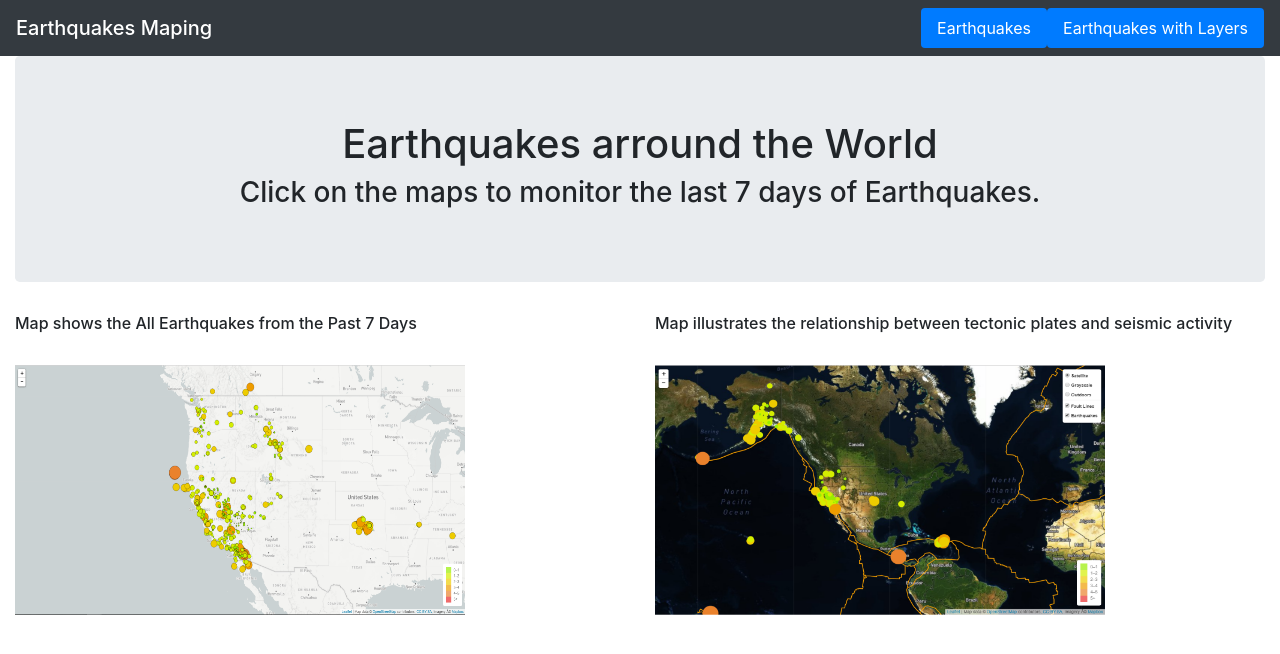
Repository: ermiasgelaye/leaflet-challenge
Page: index.html
The author's editor kept a copy of each file at every save. The page is drawn from the files as they stood at one save, then again after a run of saves.
The browser window is 1280 px wide. The pictures show the whole page.

Above is the page before, as saved 2020-09-18 22:01:04.

After the next 4 saves:
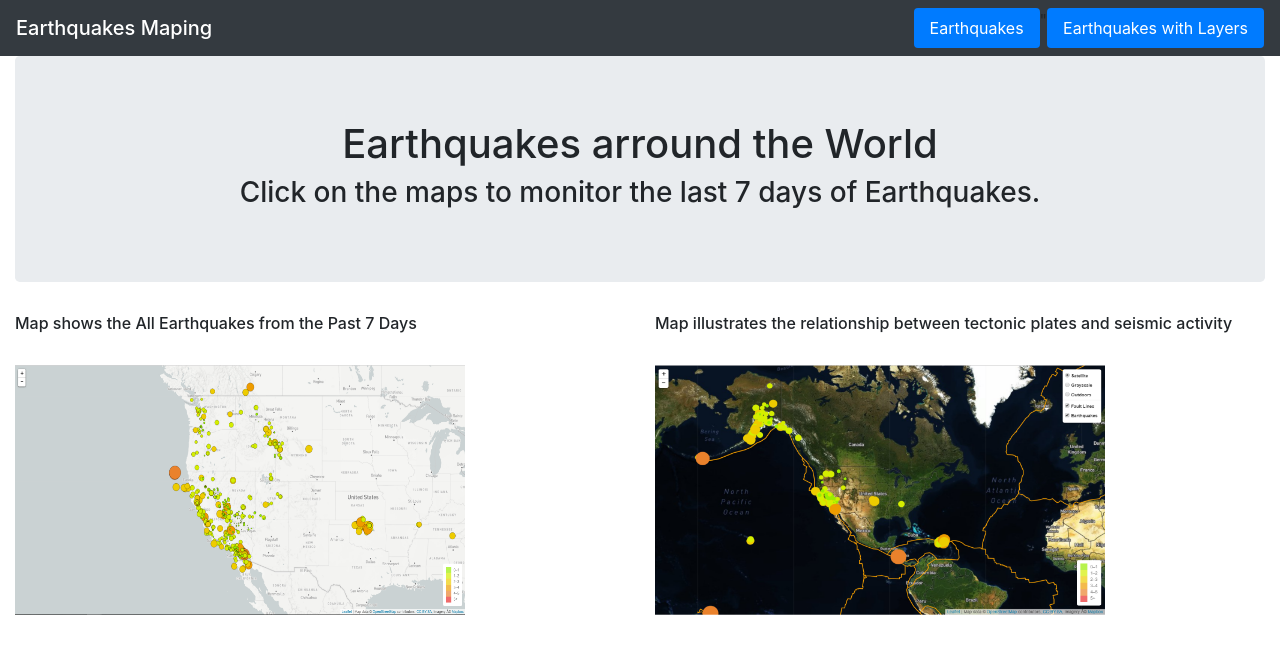
The 4 saves are shown as one change because they came seconds apart.
The last was saved 13 s later.
--- a/index.html
+++ b/index.html
@@ -27,7 +27,7 @@
           <a class="nav-link active" href="Leaflet-Step-1/step-1.html"
             >Earthquakes</a>
         </li>
-
+        <a>"</a>
         <li class="nav-item">
           <a class="nav-link active" href="Leaflet-Step-2/step-2.html"
             >Earthquakes with Layers</a
